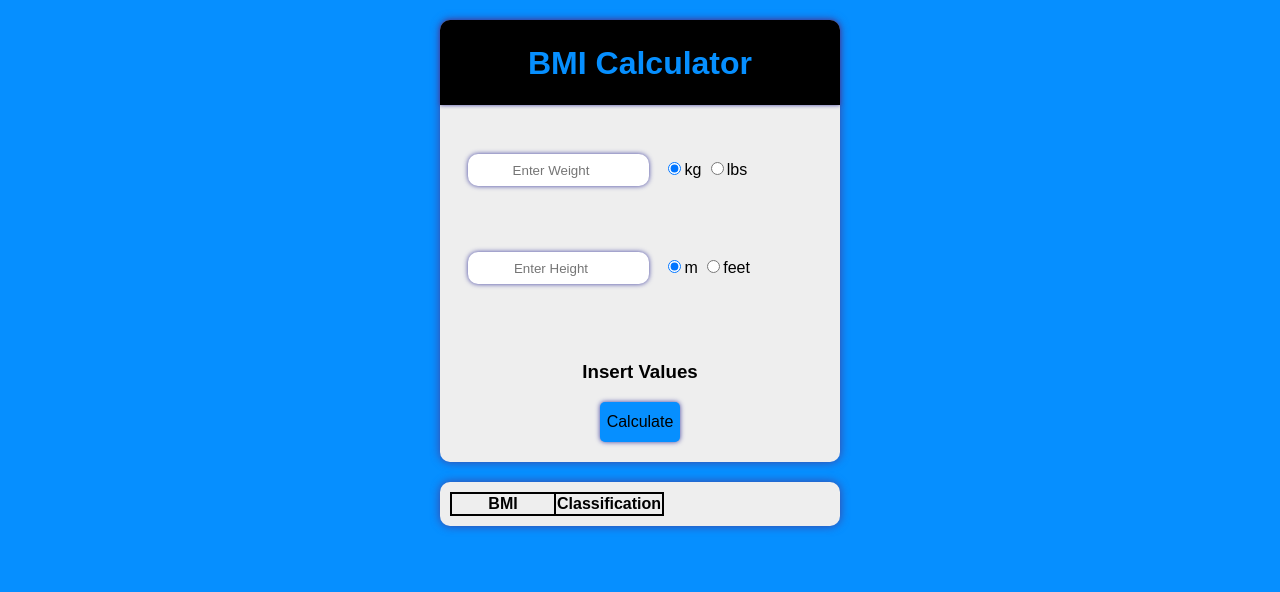
Repository: shayanabedi98/bmi-calculator
Page: index.html
The author's editor kept a copy of each file at every save. The page is drawn from the files as they stood at one save, then again after the next save.
The browser window is 1280 px wide. The pictures show the whole page.

Above is the page before, as saved 2023-07-24 16:20:14.

### index.html
<!DOCTYPE html>
<html lang="en">
<head>
    <meta charset="UTF-8">
    <meta name="viewport" content="width=device-width, initial-scale=1.0">
    <title>BMI Calculator</title>
    <link rel="stylesheet" href="styles.css">
</head>
<body>
    <div class="container">
        <div class="card">
            <div class="bmi-calculator">
                <h1>BMI Calculator</h1>
                <div class="weight">
                    <input type="number" placeholder="Enter Weight">
                    <input type="radio" name="weight" checked><span>kg</span>
                    <input type="radio" name="weight"><span>lbs</span>
                </div>
                <div class="height">
                    <input type="number" placeholder="Enter Height">
                    <input type="radio" name="height" checked><span>m</span>
                    <input type="radio" name="height"><span>feet</span>
                </div>
                <div class="result">
                    <h3>Insert Values</h3>
                    <button class="calculate">Calculate</button>
                </div>
            </div>
        </div>
        <div class="card chart">
            <div class="bmi-chart">
                <table bgcolor='black'>
                    <tr bgcolor="#EEEEEE" align="center">
                        <th width="100">BMI</th>
                        <th width="100">Classification</th>
                    </tr>
                </table>
            </div>
        </div>
    </div>
    <script src="index.js"></script>
</body>
</html>

### styles.css
body {
    background-color: #068FFF;
    font-family: sans-serif;
    text-align: center;
    padding: 0;
    margin: 0;
}

h1 {
    margin-top: 0;
    background-color: #000000;
    color: #068FFF;
    border-radius: 10px 10px 0 0;
    height: 60px;
    padding-top: 25px;
    box-shadow: 0 0 4px 0 #4141a0;
}

.container {
    display: inline-block;
}

.card {
    background-color: #EEEEEE;
    width: 400px;
    border-radius: 10px;
    margin-left: auto;
    margin-top: 5%;
    box-shadow: 0 0 10px 0 #4141a0;
}

.chart {
    padding: 10px;
    width: 380px;
    text-align: center;
}

.weight {
    display: block;
    text-align: start;
    padding: 7%;
}

.height {
    display: block;
    text-align: start;
    padding: 7%;
}

input[type='number'] {
    display: inline-block;
    text-align: center;
    margin-bottom: 10px;
    margin-right: 10px;
    height: 30px;
    border-radius: 10px;
    border: none;
    box-shadow: 0 0 5px 0 #4141a0;
}

input[type='radio'] {
    margin-bottom: 20px;
}

.result {
    padding: 5%;
}

.result button {
    background-color: #068FFF;
    height: 40px;
    width: 80px;
    border-radius: 5px;
    border: none;
    box-shadow: 0 0 5px 0 #4141a0;
    cursor: pointer;
    font-size: 16px;
}

Loaded but not shown: index.js (no copy from this time; the picture is the same without it)

After the next save:
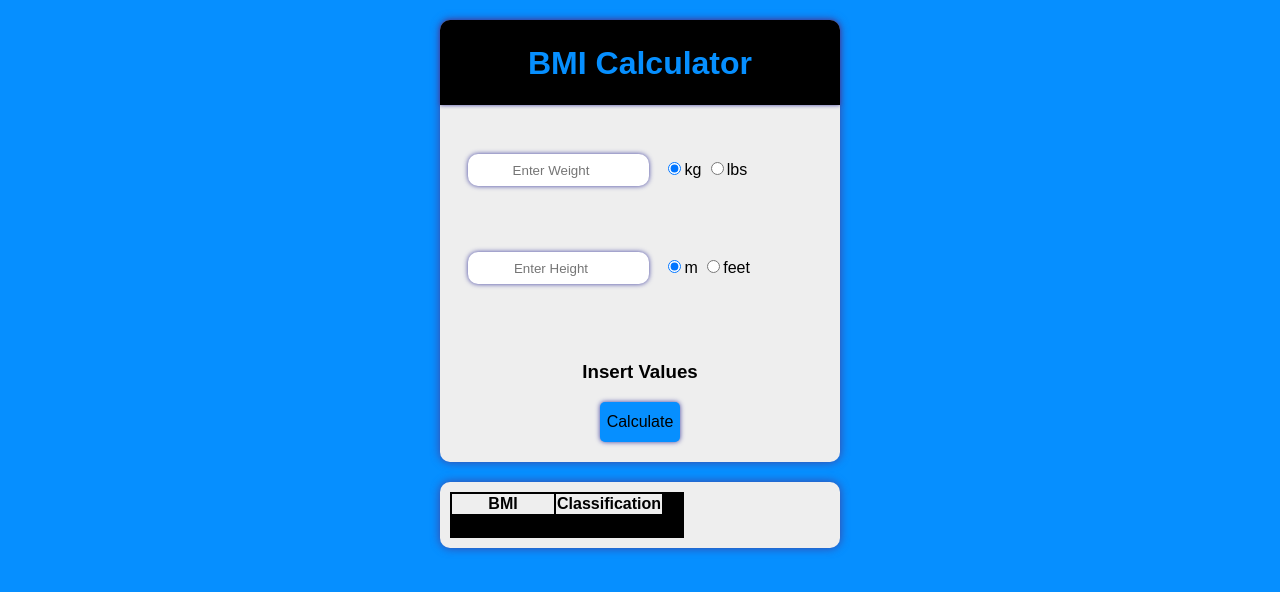
Saved 106 s later.
--- a/index.html
+++ b/index.html
@@ -34,6 +34,15 @@
                         <th width="100">BMI</th>
                         <th width="100">Classification</th>
                     </tr>
+                    <tr>
+                        <th>&lt;16</th>
+                        <th></th>
+                        <th></th>
+                        <th></th>
+                        <th></th>
+                        <th></th>
+                        <th></th>
+                    </tr>
                 </table>
             </div>
         </div>
